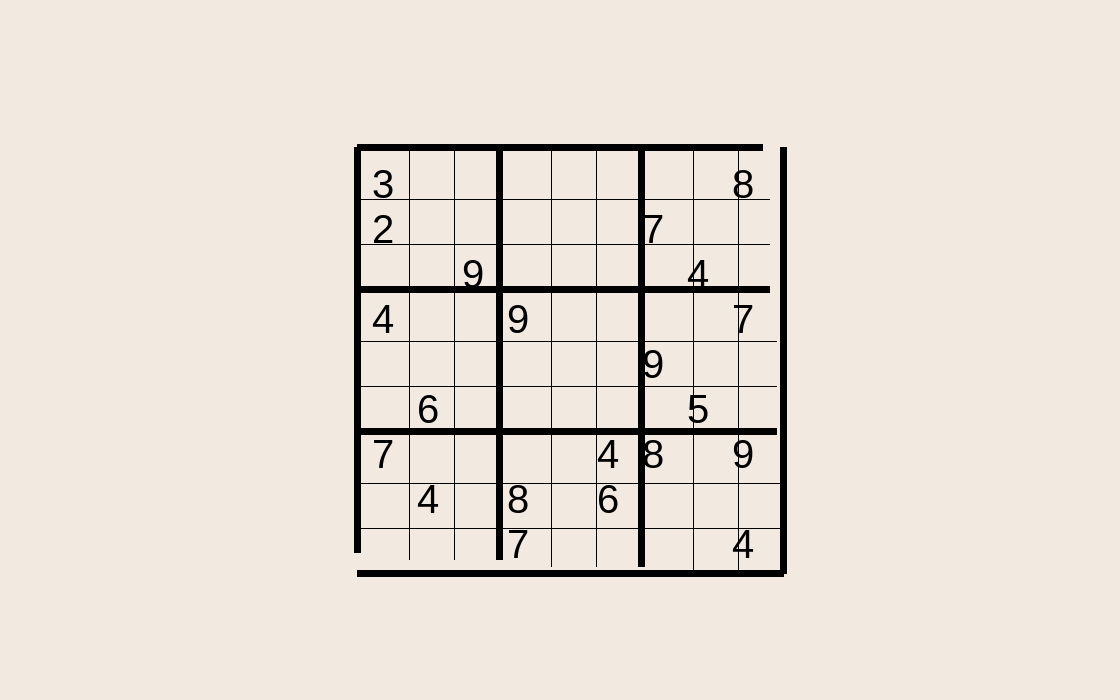
Repository: JensVL96/Puzzle-solver-for-fun
Script's output: python sudoku.py
The author's editor kept a copy of each file at every save. The script's output is drawn from the files as they stood at one save, then again after the next save.
The window is shown after at most 60 frames with no key pressed. A system font it names is replaced by a similar one. Random numbers start from a fixed seed.

Above is the script's output before, as saved 2020-11-07 21:39:44.

After the next save:
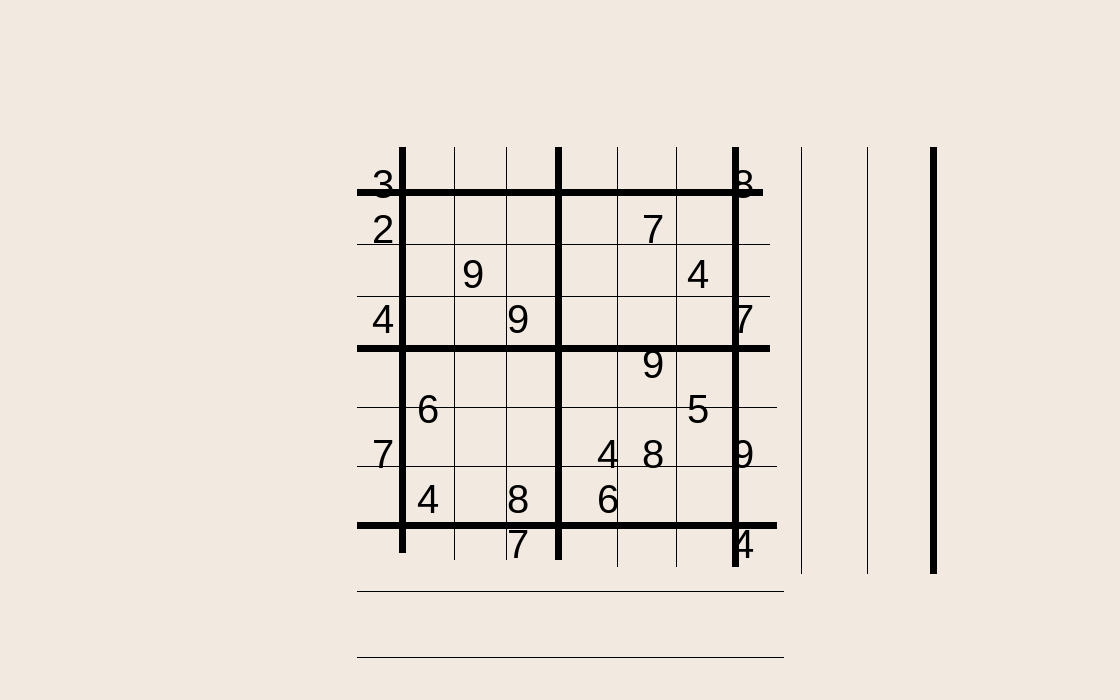
Saved 35 s later.
--- a/display_board.py
+++ b/display_board.py
@@ -65,12 +65,12 @@ class Display_board():
             print("line size: ", size, "block size: ", BLOCK_SIZE, "total distance: ", BLOCK_SIZE + size)
             print("Start vertical: ", check_diffY, "end: ", TOPLy_coord)
             pg.draw.line(self.screen, BLACK, (TOP_LX,
-                                            TOP_LY + i * BLOCK_SIZE + size),
+                                            TOPLy_coord),
                                             (TOP_RX + size,
-                                            TOP_RY + i * BLOCK_SIZE+ size), thick)
-            pg.draw.line(self.screen, BLACK, (TOP_LX + i * BLOCK_SIZE+ size,
+                                            TOPRy_coord), thick)
+            pg.draw.line(self.screen, BLACK, (TOPLx_coord,
                                             TOP_LY),
-                                            (BOT_LX + i * BLOCK_SIZE+ size,
+                                            (BOTLx_coord,
                                             BOT_LY + size), thick)
 
             # For candidate placement
